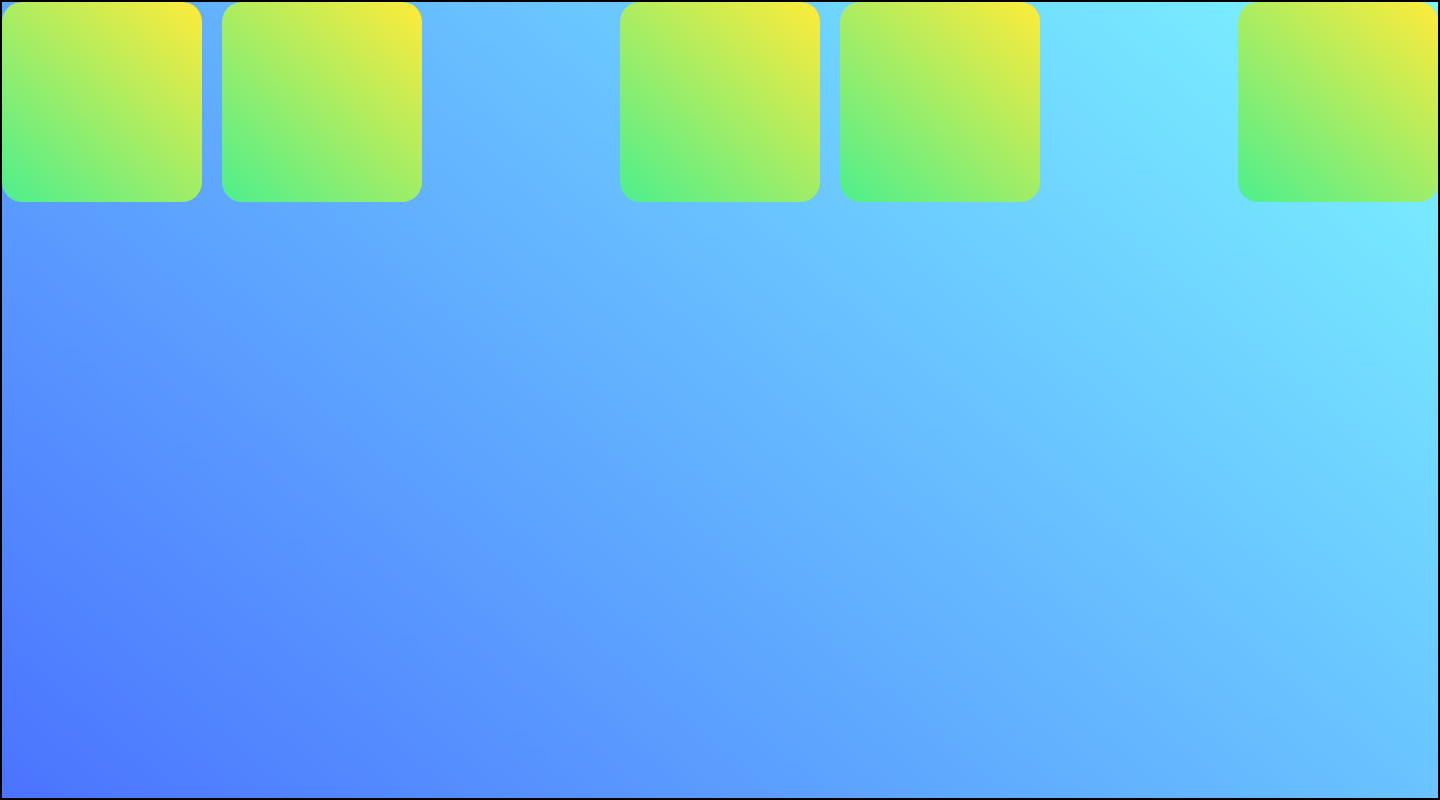
Repository: neelpatel6262/task-manager
Page: index.html
These files come from the project's save history. The page is drawn as it stood at one moment and after the next save; the edit follows.
The browser window is 1280 px wide. The page is 1440 px wide, so the pictures cover 1440 px, including what lies to the right of the window. The pictures show the whole page.
Some web fonts or font styles are not loaded; a fallback is used.

Above is the page before, as saved 2025-07-27 21:32:53.

### index.html
<!DOCTYPE html>
<html lang="en">

<head>
  <meta charset="UTF-8">
  <meta name="viewport" content="width=device-width, initial-scale=1.0">
  <title>Javascript</title>
  <link rel="stylesheet" href="style.css">
  <script src="script.js"></script>
  <link rel="stylesheet" href="https://unicons.iconscout.com/release/v4.0.8/css/line.css">
  <link rel="preconnect" href="https://fonts.googleapis.com">
  <link rel="preconnect" href="https://fonts.gstatic.com" crossorigin>
  <link
    href="https://fonts.googleapis.com/css2?family=Asap:ital,wght@0,100..900;1,100..900&family=BioRhyme:wght@200..800&family=Bricolage+Grotesque:opsz,wght@12..96,200..800&family=DM+Sans:ital,opsz,wght@0,9..40,100..1000;1,9..40,100..1000&family=Inter:ital,opsz,wght@0,14..32,100..900;1,14..32,100..900&family=Italiana&family=Lora:ital,wght@0,400..700;1,400..700&family=Merriweather:ital,wght@0,300;0,400;0,700;0,900;1,300;1,400;1,700;1,900&family=Montserrat:ital,wght@0,100..900;1,100..900&family=Noto+Sans+Indic+Siyaq+Numbers&family=Noto+Sans+Old+Italic&family=Nunito:ital,wght@0,200..1000;1,200..1000&family=Pathway+Extreme:ital,opsz,wght@0,8..144,100..900;1,8..144,100..900&family=Poppins:ital,wght@0,100;0,200;0,300;0,400;0,500;0,600;0,700;0,800;0,900;1,100;1,200;1,300;1,400;1,500;1,600;1,700;1,800;1,900&family=Raleway:ital,wght@0,100..900;1,100..900&family=Space+Grotesk:wght@300..700&family=Spectral:ital,wght@0,200;0,300;0,400;0,500;0,600;0,700;0,800;1,200;1,300;1,400;1,500;1,600;1,700;1,800&family=Unbounded:wght@200..900&family=Work+Sans:ital,wght@0,100..900;1,100..900&family=Zilla+Slab:ital,wght@0,300;0,400;0,500;0,600;0,700;1,300;1,400;1,500;1,600;1,700&display=swap"
    rel="stylesheet">

</head>

<body>


  <div class="container">
    <div class="box"></div>
    <div class="box"></div>
    <div class="box"></div>
    <div class="box"></div>
    <div class="box"></div>

  </div>






</body>

</html>

### style.css
* {
  margin: 0;
  padding: 0;
  box-sizing: border-box;
  font-family: "Bebas Neue", sans-serif;
}

.container {
  width: 1440px;
  height: 800px;
  background: linear-gradient(220.55deg, #7cf7ff 0%, #4b73ff 100%);
  border-style: solid;
  border-width: 2px;
  display: grid;
  grid-template-columns: 200px 200px 200px 200px 200px;
  gap: 20px;
  grid-template-columns: 1fr 2fr 1fr 2fr 1fr;
  grid-template-rows:repeat(2, 1fr);
  justify-content: center;
  grid-auto-rows: minmax(200px, auto);
}

.box {
  background: linear-gradient(220.55deg, #ffeb3a 0%, #4def8e 100%);
  width: 200px;
  height: 200px;
  border-radius: 20px;



}

### script.js
// // // // Wait for the DOM to load
// // // window.addEventListener('DOMContentLoaded', function() {
// // //   const form = document.querySelector('form');
// // //   const inputs = form.querySelectorAll('input[type="number"]');

// // //   // Create a result display element
// // //   const resultDiv = document.createElement('div');
// // //   resultDiv.className = 'result';
// // //   form.appendChild(resultDiv);

// // //   form.addEventListener('submit', function(event) {
// // //     event.preventDefault(); // Prevent page reload

// // //     let total = 0;
// // //     let count = 0;
// // //     let values = [];
// // //     inputs.forEach(input => {
// // //       const value = parseFloat(input.value);
// // //       if (!isNaN(value)) {
// // //         total += value;
// // //         count++;
// // //         values.push(value);
// // //       }
// // //     });

// // //     if (count === 0) {
// // //       resultDiv.textContent = 'Please enter at least one grade.';
// // //       return;
// // //     }

// // //     const average = total / count;
// // //     let grade = '';
// // //     if (average >= 90) grade = 'A';
// // //     else if (average >= 80) grade = 'B';
// // //     else if (average >= 70) grade = 'C';
// // //     else if (average >= 60) grade = 'D';
// // //     else grade = 'F';

// // //     resultDiv.innerHTML =
// // //       `<strong>Total:</strong> ${total}<br>` +
// // //       `<strong>Average:</strong> ${average.toFixed(2)}<br>` +
// // //       `<strong>Grade:</strong> ${grade}`;
// // //   });

// // //   form.addEventListener('reset', function() {
// // //     resultDiv.textContent = '';
// // //   });
// // // });

// // let marks = 90

// // if (marks == 88 ){
// //   console.log("grad A")
// // }else{
// //   console.log("grad B")
// // }if (marks == 88) {
// //   console.log("gard D")
// // } else {
// //   console.log("gard C")
// // }

// // function navlinks() {
// //   console.log("home")
// //   console.log("about")
// //   console.log("blogs")
// //   console.log("contact")
// // }

// // navlinks()
// // navlinks()
// // navlinks()

// // function test (){
// //   let a = 10
// //   let b = 20
// //   let sum = a + b

// //   return sum
// // }

// // // let sum = test()
// // console.log((test()))

// //  function username (){
// //   let name = "neel"
// //   let age = "patel"
// //   let concatination = "neel"+"patel"

// //   return concatination
// //  }

// //  console.log(username())

// //  function sum(a,b){
// //   return a*a + b*b
// //  }

// //  let res = sum(20+30)

// //  console.log(res);

// //  sum(20)

// //  function all(){
// //   console.log("live in present")
// //   console.log("live in present")
// //   console.log("live in present")
// //  }

// //  console.log(all())

// // data types in js

// // let name = "neel"
// // let age = 23
// // let isstudent = true
// // let marks = null
// // let marks1 = undefined
// // // let marks2 = symbol("neel")
// // let marks3 = BigInt(12345678901234567890)
// // let marks4 = [1, 2, 3, 4, 5]
// // let marks5 = { name: "neel", age: 23, isStudent: true }
// // let marks6 = function() {
// //   console.log("This is a function");
// // };
// // let marks7 = new Date();
// // let marks8 = /abc/; // Regular expression

// // // numbers in js

// // let num1 = 10;
// // let num2 = 20;
// // let sum = num1 + num2;
// // console.log("Sum of num1 and num2 is: " + sum);

// // let fullName = "neel";
// // let msg = `my name is ${fullName}`
// // console.log(msg);

// // let surname = "patel";
// // let address = "chikhli"
// // let study = "btech"
// // let details = `my name is ${fullName} and my surname is ${surname} and i live in ${address} and i am studying ${study}`;
// // console.log(details)

// // let favnum = "6262";
// // console.log(favnum.length); // This will return 4 because strings have a length property

// // let text = "live in present";
// // text = text.toUpperCase(); // Convert to uppercase
// // console.log(text); // Output: LIVE IN PRESENT

// // text = text.toLowerCase(); // Convert to lowercase
// // console.log(text); // Output: live in present

// // text = text.replace("present", "future"); // Replace 'present' with 'future'
// // console.log(text); // Output: live in future

// // text = text.concat(" and beyond"); // Concatenate another string
// // console.log(text); // Output: live in future and beyond

// // text = text.trim(); // Remove leading and trailing whitespace
// // console.log(text); // Output: live in future and beyond

// // text = text.split(" "); // Split the string into an array of words
// // console.log(text); // Output: ['live', 'in', 'future', 'and',

// // text = text.includes("future"); // Check if 'future' is in the string
// // console.log(text); // Output: true

// // text = text.indexOf("and"); // Find the index of 'and'
// // console.log(text); // Output: 3

// // text = text.slice(0, 4); // Extract a substring from index 0 to 4
// // console.log(text); // Output: live

// // variable in javascript

// // let firstName = "neel"
// // console.log(firstName);

// // firstName = "patel"
// // console.log(firstName);

// // console.log(`neel`)

// // let firstName = `neel`
// // let role = `uiux designer & developer`

// // console.log(`my name is ${firstName} and my role is ${role}`);
// // console.log(`typeof role`)

// let fullName = "neel";
// let role = "uiux designer & developer";
// let salary = 50000;

// // document.getElementById("fristcode").textContent = `my name is ${fullName} and my role is ${role} and my salary is ${salary}`;

// console.log(
//   `my name is ${fullName} and my role is ${role} and my salary is ${salary}`
// );

// let students = 40;

// students = students + 10;
// students = students - 5;
// students = students * 2;
// students = students / 2;
// students = students % 3;
// students = students ** 2; // Exponentiation operator

// console.log(`the final number of students is ${students}`);

// let username;

// username = window.prompt("Enter your name:");

// console.log(`Hello, ${username}! Welcome to the JavaScript course.`);

// let person = {
//   firstName: "neel",
//   age: 23,
//   isEmployed: true,
//   sayHey: function () {
//     console.log("hii,i'm neel");
//   },
// };

// person.sayHey();
// console.log(person);

// let employers = {
//   lastName: "neel",
//   age: 23,
//   isCool: true,

//   hellotoemploye: function () {
//     console.log("hello neel");
//   },
// };

// employers.hellotoemploye();


// let success = "hardwork"

// if (success == "hardwor") {
//   console.log("you will be successful");
// }else{
//   console.log("you will not be successful");
// }


//  Numbers in JavaScript

let num1 = 33
let num2 = 66

let multiply = num1 * num2
console.log(`the multiplication of ${num1} and ${num2} is  ${multiply}`);


//  Strings in javascript

let firstName = "neel"
let lastName = "patel"
let fullName = firstName + " " + lastName

console.log(`my name is ${fullName}`);
console.log(`my name is ${firstName}`);


// let info = {
//   fullName: fullName,
//   age: 23,
//   occupation: "uiux designer & developer"
// }

// info.fullName = "neel patel"
// info.age = 23
// info.occupation = "uiux designer & developer"

After the next save:
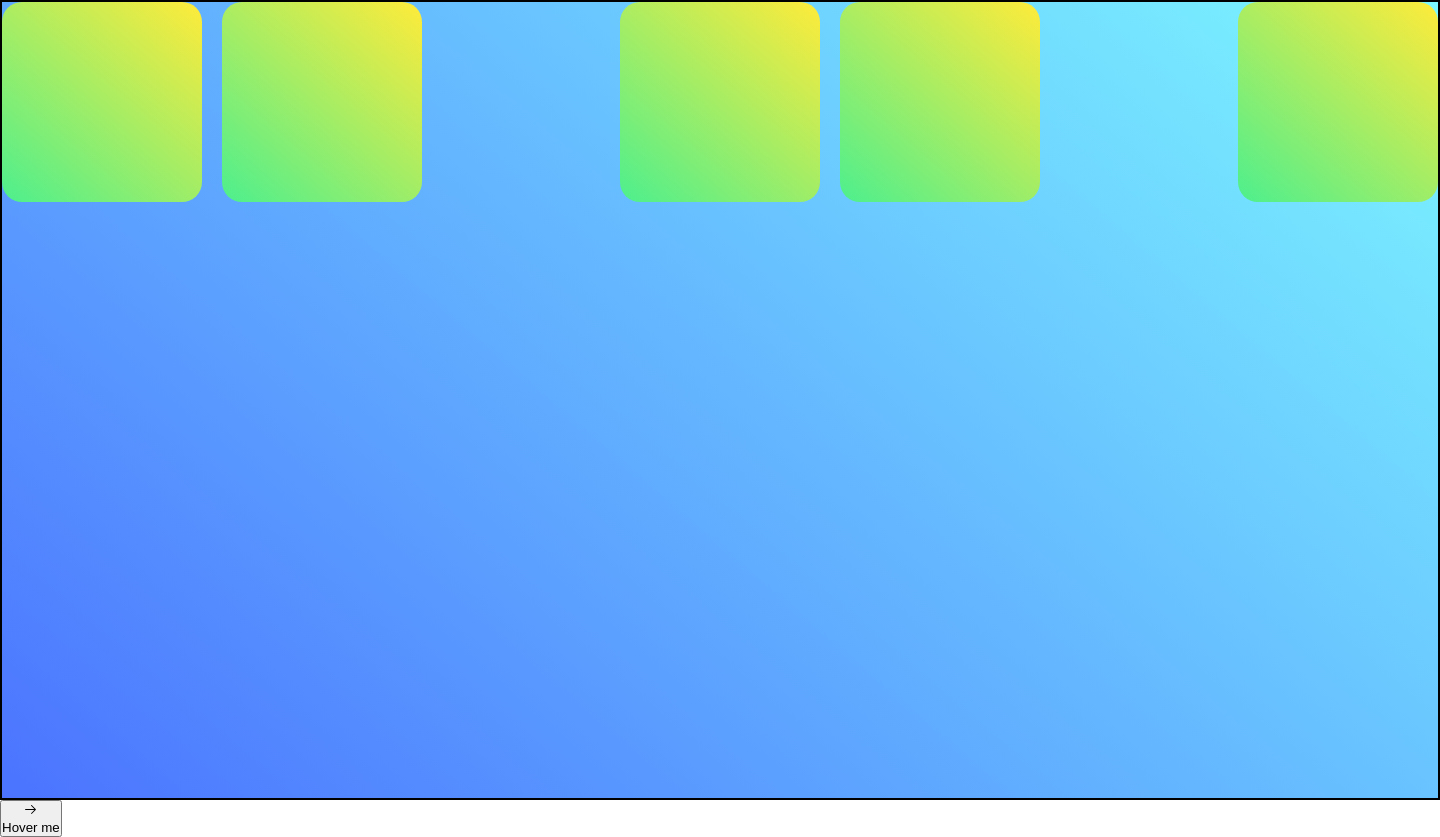
Saved 2 s later.
--- a/index.html
+++ b/index.html
@@ -27,7 +27,7 @@
     <div class="box"></div>
 
   </div>
-
+  <button class="group relative inline-flex h-12 items-center justify-center overflow-hidden rounded-md bg-neutral-950 px-6 font-medium text-neutral-200"><div class="mr-0 w-0 -translate-x-[100%] opacity-0 transition-all duration-200 group-hover:mr-1 group-hover:w-5 group-hover:translate-x-0 group-hover:opacity-100"><svg width="15" height="15" viewBox="0 0 15 15" fill="none" xmlns="http://www.w3.org/2000/svg" class="h-5 w-5"><path d="M8.14645 3.14645C8.34171 2.95118 8.65829 2.95118 8.85355 3.14645L12.8536 7.14645C13.0488 7.34171 13.0488 7.65829 12.8536 7.85355L8.85355 11.8536C8.65829 12.0488 8.34171 12.0488 8.14645 11.8536C7.95118 11.6583 7.95118 11.3417 8.14645 11.1464L11.2929 8H2.5C2.22386 8 2 7.77614 2 7.5C2 7.22386 2.22386 7 2.5 7H11.2929L8.14645 3.85355C7.95118 3.65829 7.95118 3.34171 8.14645 3.14645Z" fill="currentColor" fill-rule="evenodd" clip-rule="evenodd"></path></svg></div><span>Hover me</span></button>
 
 
 

After the 2 saves that followed:
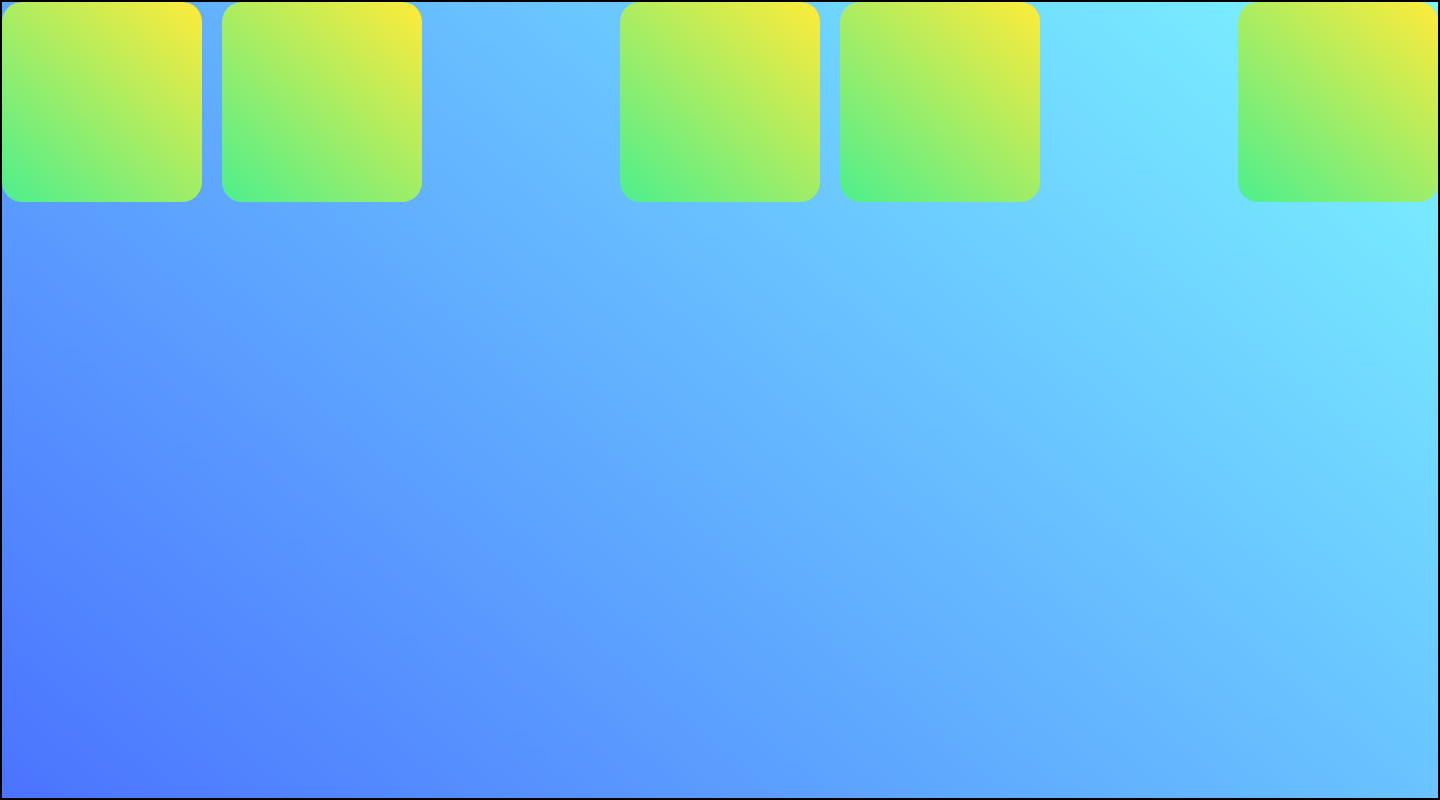
The 2 saves are shown as one change because 1 left the picture as it was.
The last was saved 51 s later.
--- a/index.html
+++ b/index.html
@@ -27,7 +27,7 @@
     <div class="box"></div>
 
   </div>
-  <button class="group relative inline-flex h-12 items-center justify-center overflow-hidden rounded-md bg-neutral-950 px-6 font-medium text-neutral-200"><div class="mr-0 w-0 -translate-x-[100%] opacity-0 transition-all duration-200 group-hover:mr-1 group-hover:w-5 group-hover:translate-x-0 group-hover:opacity-100"><svg width="15" height="15" viewBox="0 0 15 15" fill="none" xmlns="http://www.w3.org/2000/svg" class="h-5 w-5"><path d="M8.14645 3.14645C8.34171 2.95118 8.65829 2.95118 8.85355 3.14645L12.8536 7.14645C13.0488 7.34171 13.0488 7.65829 12.8536 7.85355L8.85355 11.8536C8.65829 12.0488 8.34171 12.0488 8.14645 11.8536C7.95118 11.6583 7.95118 11.3417 8.14645 11.1464L11.2929 8H2.5C2.22386 8 2 7.77614 2 7.5C2 7.22386 2.22386 7 2.5 7H11.2929L8.14645 3.85355C7.95118 3.65829 7.95118 3.34171 8.14645 3.14645Z" fill="currentColor" fill-rule="evenodd" clip-rule="evenodd"></path></svg></div><span>Hover me</span></button>
+
 
 
 
